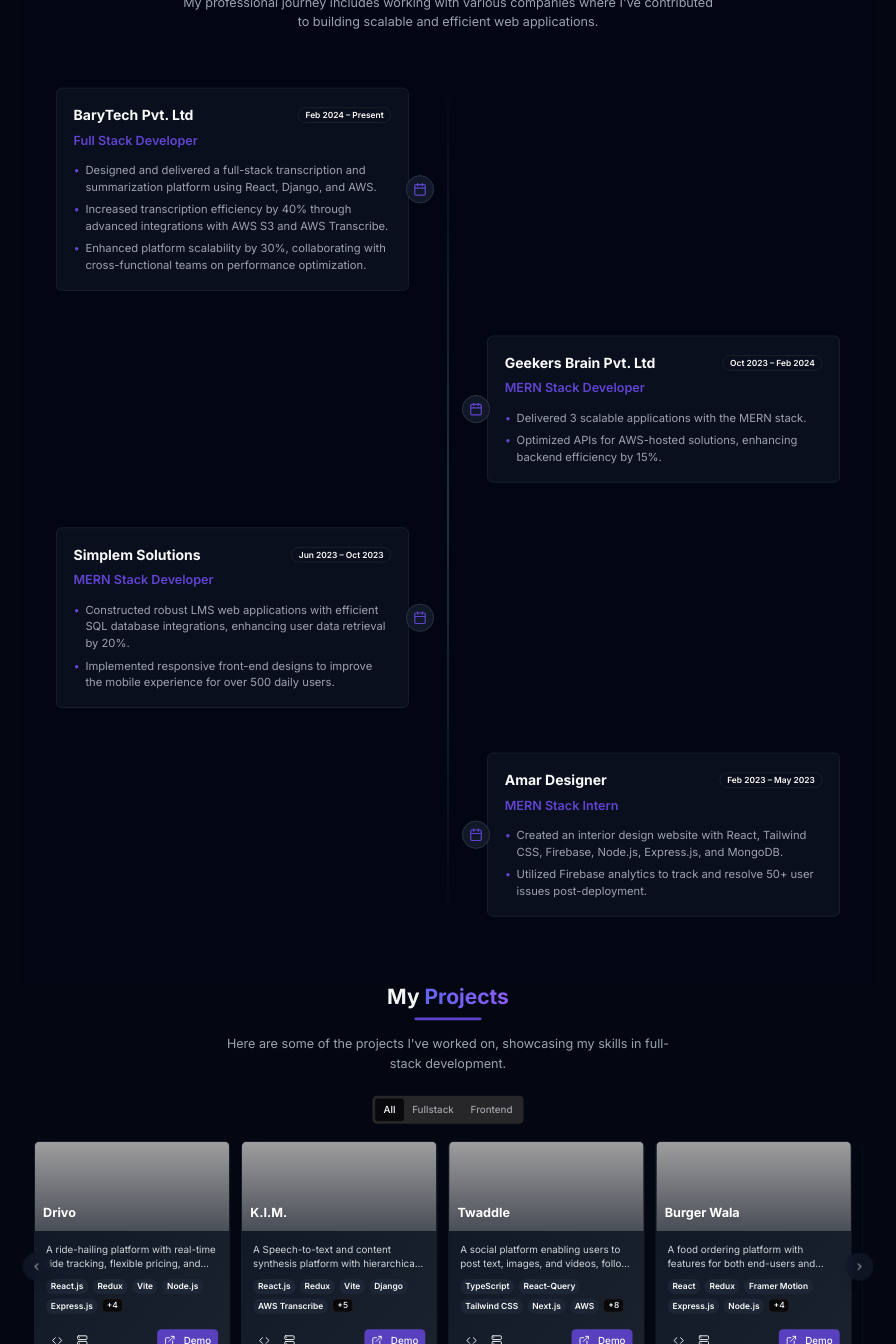
Repository: NoobCoderY/Yash
Page: /
An editor plug-in stored every save of this project. The page is shown before and after the next save, followed by the edit.
The browser window is 1280 px wide. The pictures show the part of the page from y = 1529 to 3449 px (the page is 5364 px tall before and 5444 px after), at 70% of full size.
Pictures or frames that could not be fetched are drawn as grey boxes. The project was rebuilt for these pictures with package versions that can differ from the ones it lists, and the page was loaded fresh each time. The framework's server and built-in components were replaced by stand-ins that run in the browser. Also part of the build but not shown: next.config.mjs, app/actions/send-email.ts.

Above is the page before, as saved 2025-04-13 11:50:30.

### app/layout.tsx
import type React from "react"
import "./globals.css"
import type { Metadata } from "next"
import { Inter } from "next/font/google"
import { ThemeProvider } from "@/components/theme-provider"

const inter = Inter({ subsets: ["latin"] })

export const metadata: Metadata = {
  title: "Yash Diwaker | Full Stack Developer",
  description: "Portfolio of Yash Diwaker, Full Stack Developer specializing in MERN stack and AWS",
    generator: 'v0.dev'
}

export default function RootLayout({
  children,
}: Readonly<{
  children: React.ReactNode
}>) {
  return (
    <html lang="en" suppressHydrationWarning>
      <body className={inter.className}>
        <ThemeProvider attribute="class" defaultTheme="dark" enableSystem disableTransitionOnChange>
          {children}
        </ThemeProvider>
      </body>
    </html>
  )
}


import './globals.css'

### app/page.tsx
import Hero from "@/components/hero"
import Navbar from "@/components/navbar"
import About from "@/components/about"
import Experience from "@/components/experience"
import Projects from "@/components/projects"
import Skills from "@/components/skills"
import Contact from "@/components/contact"
import Footer from "@/components/footer"

export default function Home() {
  return (
    <div className="min-h-screen bg-gray-950 text-gray-100">
      <Navbar />
      <main className="container mx-auto px-4 sm:px-6 lg:px-8">
        <Hero />
        <About />
        <Experience />
        <Projects />
        <Skills />
        <Contact />
      </main>
      <Footer />
    </div>
  )
}

### app/globals.css
@tailwind base;
@tailwind components;
@tailwind utilities;

@layer base {
  :root {
    --background: 0 0% 100%;
    --foreground: 240 10% 3.9%;
    --card: 0 0% 100%;
    --card-foreground: 240 10% 3.9%;
    --popover: 0 0% 100%;
    --popover-foreground: 240 10% 3.9%;
    --primary: 252 59% 48%;
    --primary-foreground: 0 0% 98%;
    --secondary: 240 4.8% 95.9%;
    --secondary-foreground: 240 5.9% 10%;
    --muted: 240 4.8% 95.9%;
    --muted-foreground: 240 3.8% 46.1%;
    --accent: 240 4.8% 95.9%;
    --accent-foreground: 240 5.9% 10%;
    --destructive: 0 84.2% 60.2%;
    --destructive-foreground: 0 0% 98%;
    --border: 240 5.9% 90%;
    --input: 240 5.9% 90%;
    --ring: 252 59% 48%;
    --radius: 0.5rem;
  }

  .dark {
    --background: 240 10% 3.9%;
    --foreground: 0 0% 98%;
    --card: 240 10% 3.9%;
    --card-foreground: 0 0% 98%;
    --popover: 240 10% 3.9%;
    --popover-foreground: 0 0% 98%;
    --primary: 252 59% 54%;
    --primary-foreground: 0 0% 98%;
    --secondary: 240 3.7% 15.9%;
    --secondary-foreground: 0 0% 98%;
    --muted: 240 3.7% 15.9%;
    --muted-foreground: 240 5% 64.9%;
    --accent: 240 3.7% 15.9%;
    --accent-foreground: 0 0% 98%;
    --destructive: 0 62.8% 30.6%;
    --destructive-foreground: 0 0% 98%;
    --border: 240 3.7% 15.9%;
    --input: 240 3.7% 15.9%;
    --ring: 252 59% 54%;
  }
}

@layer base {
  * {
    @apply border-border;
  }
  body {
    @apply bg-background text-foreground;
    font-feature-settings: "rlig" 1, "calt" 1;
  }
}

.animate-slide-up {
  animation: slideUp 0.6s ease-out forwards;
  opacity: 0;
}

@keyframes slideUp {
  from {
    transform: translateY(30px);
    opacity: 0;
  }
  to {
    transform: translateY(0);
    opacity: 1;
  }
}

.animate-fade-in {
  animation: fadeIn 0.8s ease-out forwards;
  opacity: 0;
}

@keyframes fadeIn {
  from {
    opacity: 0;
  }
  to {
    opacity: 1;
  }
}

.animate-slide-in-right {
  animation: slideInRight 0.6s ease-out forwards;
  opacity: 0;
}

@keyframes slideInRight {
  from {
    transform: translateX(30px);
    opacity: 0;
  }
  to {
    transform: translateX(0);
    opacity: 1;
  }
}

.animate-pulse-slow {
  animation: pulseSlow 3s infinite;
}

@keyframes pulseSlow {
  0%,
  100% {
    opacity: 1;
  }
  50% {
    opacity: 0.7;
  }
}

.animate-float {
  animation: float 3s ease-in-out infinite;
}

@keyframes float {
  0%,
  100% {
    transform: translateY(0);
  }
  50% {
    transform: translateY(-10px);
  }
}

.gradient-text {
  background: linear-gradient(90deg, #6366f1, #8b5cf6);
  -webkit-background-clip: text;
  -webkit-text-fill-color: transparent;
  background-clip: text;
}

### components/experience.tsx
"use client"

import { motion } from "framer-motion"
import { useInView } from "framer-motion"
import { useRef } from "react"
import { Card, CardContent } from "@/components/ui/card"
import { Badge } from "@/components/ui/badge"
import { Calendar } from "lucide-react"

export default function Experience() {
  const ref = useRef(null)
  const isInView = useInView(ref, { once: true, margin: "-100px" })

  const experiences = [
    {
      company: "BaryTech Pvt. Ltd",
      position: "Full Stack Developer",
      period: "Feb 2024 – Present",
      description: [
        "Designed and delivered a full-stack transcription and summarization platform using React, Django, and AWS.",
        "Increased transcription efficiency by 40% through advanced integrations with AWS S3 and AWS Transcribe.",
        "Enhanced platform scalability by 30%, collaborating with cross-functional teams on performance optimization.",
      ],
    },
    {
      company: "Geekers Brain Pvt. Ltd",
      position: "MERN Stack Developer",
      period: "Oct 2023 – Feb 2024",
      description: [
        "Delivered 3 scalable applications with the MERN stack.",
        "Optimized APIs for AWS-hosted solutions, enhancing backend efficiency by 15%.",
      ],
    },
    {
      company: "Simplem Solutions",
      position: "MERN Stack Developer",
      period: "Jun 2023 – Oct 2023",
      description: [
        "Constructed robust LMS web applications with efficient SQL database integrations, enhancing user data retrieval by 20%.",
        "Implemented responsive front-end designs to improve the mobile experience for over 500 daily users.",
      ],
    },
    {
      company: "Amar Designer",
      position: "MERN Stack Intern",
      period: "Feb 2023 – May 2023",
      description: [
        "Created an interior design website with React, Tailwind CSS, Firebase, Node.js, Express.js, and MongoDB.",
        "Utilized Firebase analytics to track and resolve 50+ user issues post-deployment.",
      ],
    },
  ]

  return (
    <section id="experience" className="py-20 bg-gray-950/50">
      <div className="container mx-auto">
        <motion.div
          initial={{ opacity: 0, y: 20 }}
          animate={isInView ? { opacity: 1, y: 0 } : { opacity: 0, y: 20 }}
          transition={{ duration: 0.5 }}
          ref={ref}
          className="text-center mb-16"
        >
          <h2 className="text-3xl font-bold mb-4">
            Work <span className="gradient-text">Experience</span>
          </h2>
          <div className="w-24 h-1 bg-primary mx-auto mb-8 rounded-full"></div>
          <p className="text-lg text-gray-400 max-w-3xl mx-auto">
            My professional journey includes working with various companies where I've contributed to building scalable
            and efficient web applications.
          </p>
        </motion.div>

        <div className="space-y-8 relative before:absolute before:inset-0 before:ml-5 before:-translate-x-px md:before:mx-auto md:before:translate-x-0 before:h-full before:w-0.5 before:bg-gradient-to-b before:from-transparent before:via-gray-700 before:to-transparent">
          {experiences.map((exp, index) => (
            <motion.div
              key={index}
              initial={{ opacity: 0, y: 20 }}
              animate={isInView ? { opacity: 1, y: 0 } : { opacity: 0, y: 20 }}
              transition={{ duration: 0.5, delay: index * 0.1 }}
              className="relative flex items-center justify-between md:justify-normal md:even:flex-row-reverse group"
            >
              <div className="flex items-center justify-center w-10 h-10 rounded-full border border-gray-700 bg-gray-900 text-primary shrink-0 md:order-1 md:group-odd:-translate-x-1/2 md:group-even:translate-x-1/2 z-10">
                <Calendar size={20} />
              </div>

              <div className="w-full md:w-[calc(50%-2.5rem)] p-4 rounded-lg">
                <Card className="bg-gray-900/50 border-gray-800 hover:border-primary/50 transition-all duration-300">
                  <CardContent className="p-6">
                    <div className="flex flex-wrap justify-between items-center mb-2">
                      <h3 className="text-xl font-bold">{exp.company}</h3>
                      <Badge variant="outline" className="ml-2">
                        {exp.period}
                      </Badge>
                    </div>
                    <h4 className="text-lg font-semibold text-primary mb-4">{exp.position}</h4>
                    <ul className="space-y-2">
                      {exp.description.map((item, i) => (
                        <li key={i} className="text-gray-400 flex items-start">
                          <span className="mr-2 text-primary">•</span>
                          {item}
                        </li>
                      ))}
                    </ul>
                  </CardContent>
                </Card>
              </div>
            </motion.div>
          ))}
        </div>
      </div>
    </section>
  )
}

### components/footer.tsx
import Link from "next/link"
import { Github, Linkedin, Mail } from "lucide-react"

export default function Footer() {
  const currentYear = new Date().getFullYear()

  return (
    <footer className="bg-gray-900 py-12 border-t border-gray-800">
      <div className="container mx-auto px-4">
        <div className="flex flex-col md:flex-row justify-between items-center">
          <div className="mb-6 md:mb-0">
            <Link href="#home" className="text-2xl font-bold gradient-text">
              Yash Diwaker
            </Link>
            <p className="text-gray-400 mt-2 max-w-md">
              Full Stack Developer specializing in building exceptional digital experiences.
            </p>
          </div>

          <div className="flex space-x-6">
            <Link
              href="https://linkedin.com/in/yashdiwaker"
              target="_blank"
              rel="noopener noreferrer"
              className="text-gray-400 hover:text-primary transition-colors"
              aria-label="LinkedIn"
            >
              <Linkedin size={24} />
            </Link>
            <Link
              href="https://github.com/NoobCoderY"
              target="_blank"
              rel="noopener noreferrer"
              className="text-gray-400 hover:text-primary transition-colors"
              aria-label="GitHub"
            >
              <Github size={24} />
            </Link>
            <Link
              href="mailto:yashdiwaker74@gmail.com"
              className="text-gray-400 hover:text-primary transition-colors"
              aria-label="Email"
            >
              <Mail size={24} />
            </Link>
          </div>
        </div>

        <div className="border-t border-gray-800 mt-8 pt-8 flex flex-col md:flex-row justify-between items-center">
          <p className="text-gray-500 text-sm">© {currentYear} Yash Diwaker. All rights reserved.</p>
          <div className="mt-4 md:mt-0">
            <ul className="flex space-x-6 text-sm text-gray-500">
              <li>
                <Link href="#home" className="hover:text-primary transition-colors">
                  Home
                </Link>
              </li>
              <li>
                <Link href="#about" className="hover:text-primary transition-colors">
                  About
                </Link>
              </li>
              <li>
                <Link href="#projects" className="hover:text-primary transition-colors">
                  Projects
                </Link>
              </li>
              <li>
                <Link href="#contact" className="hover:text-primary transition-colors">
                  Contact
                </Link>
              </li>
            </ul>
          </div>
        </div>
      </div>
    </footer>
  )
}

### components/ui/button.tsx
import * as React from "react"
import { Slot } from "@radix-ui/react-slot"
import { cva, type VariantProps } from "class-variance-authority"

import { cn } from "@/lib/utils"

const buttonVariants = cva(
  "inline-flex items-center justify-center gap-2 whitespace-nowrap rounded-md text-sm font-medium ring-offset-background transition-colors focus-visible:outline-none focus-visible:ring-2 focus-visible:ring-ring focus-visible:ring-offset-2 disabled:pointer-events-none disabled:opacity-50 [&_svg]:pointer-events-none [&_svg]:size-4 [&_svg]:shrink-0",
  {
    variants: {
      variant: {
        default: "bg-primary text-primary-foreground hover:bg-primary/90",
        destructive:
          "bg-destructive text-destructive-foreground hover:bg-destructive/90",
        outline:
          "border border-input bg-background hover:bg-accent hover:text-accent-foreground",
        secondary:
          "bg-secondary text-secondary-foreground hover:bg-secondary/80",
        ghost: "hover:bg-accent hover:text-accent-foreground",
        link: "text-primary underline-offset-4 hover:underline",
      },
      size: {
        default: "h-10 px-4 py-2",
        sm: "h-9 rounded-md px-3",
        lg: "h-11 rounded-md px-8",
        icon: "h-10 w-10",
      },
    },
    defaultVariants: {
      variant: "default",
      size: "default",
    },
  }
)

export interface ButtonProps
  extends React.ButtonHTMLAttributes<HTMLButtonElement>,
    VariantProps<typeof buttonVariants> {
  asChild?: boolean
}

const Button = React.forwardRef<HTMLButtonElement, ButtonProps>(
  ({ className, variant, size, asChild = false, ...props }, ref) => {
    const Comp = asChild ? Slot : "button"
    return (
      <Comp
        className={cn(buttonVariants({ variant, size, className }))}
        ref={ref}
        {...props}
      />
    )
  }
)
Button.displayName = "Button"

export { Button, buttonVariants }

### components/ui/card.tsx
import * as React from "react"

import { cn } from "@/lib/utils"

const Card = React.forwardRef<
  HTMLDivElement,
  React.HTMLAttributes<HTMLDivElement>
>(({ className, ...props }, ref) => (
  <div
    ref={ref}
    className={cn(
      "rounded-lg border bg-card text-card-foreground shadow-sm",
      className
    )}
    {...props}
  />
))
Card.displayName = "Card"

const CardHeader = React.forwardRef<
  HTMLDivElement,
  React.HTMLAttributes<HTMLDivElement>
>(({ className, ...props }, ref) => (
  <div
    ref={ref}
    className={cn("flex flex-col space-y-1.5 p-6", className)}
    {...props}
  />
))
CardHeader.displayName = "CardHeader"

const CardTitle = React.forwardRef<
  HTMLDivElement,
  React.HTMLAttributes<HTMLDivElement>
>(({ className, ...props }, ref) => (
  <div
    ref={ref}
    className={cn(
      "text-2xl font-semibold leading-none tracking-tight",
      className
    )}
    {...props}
  />
))
CardTitle.displayName = "CardTitle"

const CardDescription = React.forwardRef<
  HTMLDivElement,
  React.HTMLAttributes<HTMLDivElement>
>(({ className, ...props }, ref) => (
  <div
    ref={ref}
    className={cn("text-sm text-muted-foreground", className)}
    {...props}
  />
))
CardDescription.displayName = "CardDescription"

const CardContent = React.forwardRef<
  HTMLDivElement,
  React.HTMLAttributes<HTMLDivElement>
>(({ className, ...props }, ref) => (
  <div ref={ref} className={cn("p-6 pt-0", className)} {...props} />
))
CardContent.displayName = "CardContent"

const CardFooter = React.forwardRef<
  HTMLDivElement,
  React.HTMLAttributes<HTMLDivElement>
>(({ className, ...props }, ref) => (
  <div
    ref={ref}
    className={cn("flex items-center p-6 pt-0", className)}
    {...props}
  />
))
CardFooter.displayName = "CardFooter"

export { Card, CardHeader, CardFooter, CardTitle, CardDescription, CardContent }

### components/ui/badge.tsx
import * as React from "react"
import { cva, type VariantProps } from "class-variance-authority"

import { cn } from "@/lib/utils"

const badgeVariants = cva(
  "inline-flex items-center rounded-full border px-2.5 py-0.5 text-xs font-semibold transition-colors focus:outline-none focus:ring-2 focus:ring-ring focus:ring-offset-2",
  {
    variants: {
      variant: {
        default:
          "border-transparent bg-primary text-primary-foreground hover:bg-primary/80",
        secondary:
          "border-transparent bg-secondary text-secondary-foreground hover:bg-secondary/80",
        destructive:
          "border-transparent bg-destructive text-destructive-foreground hover:bg-destructive/80",
        outline: "text-foreground",
      },
    },
    defaultVariants: {
      variant: "default",
    },
  }
)

export interface BadgeProps
  extends React.HTMLAttributes<HTMLDivElement>,
    VariantProps<typeof badgeVariants> {}

function Badge({ className, variant, ...props }: BadgeProps) {
  return (
    <div className={cn(badgeVariants({ variant }), className)} {...props} />
  )
}

export { Badge, badgeVariants }

### components/ui/tabs.tsx
"use client"

import * as React from "react"
import * as TabsPrimitive from "@radix-ui/react-tabs"

import { cn } from "@/lib/utils"

const Tabs = TabsPrimitive.Root

const TabsList = React.forwardRef<
  React.ElementRef<typeof TabsPrimitive.List>,
  React.ComponentPropsWithoutRef<typeof TabsPrimitive.List>
>(({ className, ...props }, ref) => (
  <TabsPrimitive.List
    ref={ref}
    className={cn(
      "inline-flex h-10 items-center justify-center rounded-md bg-muted p-1 text-muted-foreground",
      className
    )}
    {...props}
  />
))
TabsList.displayName = TabsPrimitive.List.displayName

const TabsTrigger = React.forwardRef<
  React.ElementRef<typeof TabsPrimitive.Trigger>,
  React.ComponentPropsWithoutRef<typeof TabsPrimitive.Trigger>
>(({ className, ...props }, ref) => (
  <TabsPrimitive.Trigger
    ref={ref}
    className={cn(
      "inline-flex items-center justify-center whitespace-nowrap rounded-sm px-3 py-1.5 text-sm font-medium ring-offset-background transition-all focus-visible:outline-none focus-visible:ring-2 focus-visible:ring-ring focus-visible:ring-offset-2 disabled:pointer-events-none disabled:opacity-50 data-[state=active]:bg-background data-[state=active]:text-foreground data-[state=active]:shadow-sm",
      className
    )}
    {...props}
  />
))
TabsTrigger.displayName = TabsPrimitive.Trigger.displayName

const TabsContent = React.forwardRef<
  React.ElementRef<typeof TabsPrimitive.Content>,
  React.ComponentPropsWithoutRef<typeof TabsPrimitive.Content>
>(({ className, ...props }, ref) => (
  <TabsPrimitive.Content
    ref={ref}
    className={cn(
      "mt-2 ring-offset-background focus-visible:outline-none focus-visible:ring-2 focus-visible:ring-ring focus-visible:ring-offset-2",
      className
    )}
    {...props}
  />
))
TabsContent.displayName = TabsPrimitive.Content.displayName

export { Tabs, TabsList, TabsTrigger, TabsContent }

### components/ui/popover.tsx
"use client"

import * as React from "react"
import * as PopoverPrimitive from "@radix-ui/react-popover"

import { cn } from "@/lib/utils"

const Popover = PopoverPrimitive.Root

const PopoverTrigger = PopoverPrimitive.Trigger

const PopoverContent = React.forwardRef<
  React.ElementRef<typeof PopoverPrimitive.Content>,
  React.ComponentPropsWithoutRef<typeof PopoverPrimitive.Content>
>(({ className, align = "center", sideOffset = 4, ...props }, ref) => (
  <PopoverPrimitive.Portal>
    <PopoverPrimitive.Content
      ref={ref}
      align={align}
      sideOffset={sideOffset}
      className={cn(
        "z-50 w-72 rounded-md border bg-popover p-4 text-popover-foreground shadow-md outline-none data-[state=open]:animate-in data-[state=closed]:animate-out data-[state=closed]:fade-out-0 data-[state=open]:fade-in-0 data-[state=closed]:zoom-out-95 data-[state=open]:zoom-in-95 data-[side=bottom]:slide-in-from-top-2 data-[side=left]:slide-in-from-right-2 data-[side=right]:slide-in-from-left-2 data-[side=top]:slide-in-from-bottom-2",
        className
      )}
      {...props}
    />
  </PopoverPrimitive.Portal>
))
PopoverContent.displayName = PopoverPrimitive.Content.displayName

export { Popover, PopoverTrigger, PopoverContent }

### components/ui/input.tsx
import * as React from "react"

import { cn } from "@/lib/utils"

const Input = React.forwardRef<HTMLInputElement, React.ComponentProps<"input">>(
  ({ className, type, ...props }, ref) => {
    return (
      <input
        type={type}
        className={cn(
          "flex h-10 w-full rounded-md border border-input bg-background px-3 py-2 text-base ring-offset-background file:border-0 file:bg-transparent file:text-sm file:font-medium file:text-foreground placeholder:text-muted-foreground focus-visible:outline-none focus-visible:ring-2 focus-visible:ring-ring focus-visible:ring-offset-2 disabled:cursor-not-allowed disabled:opacity-50 md:text-sm",
          className
        )}
        ref={ref}
        {...props}
      />
    )
  }
)
Input.displayName = "Input"

export { Input }

Loaded but not shown: components/theme-provider.tsx (common file); components/ui/textarea.tsx (common file); hooks/use-toast.ts (common file); lib/utils.ts (common file); tailwind.config.ts (common file); components/projects.tsx (435 lines, source omitted); components/contact.tsx (244 lines, source omitted); components/hero.tsx (166 lines, source omitted); components/skills.tsx (126 lines, source omitted); components/navbar.tsx (107 lines, source omitted); components/about.tsx (86 lines, source omitted)

After the next save:
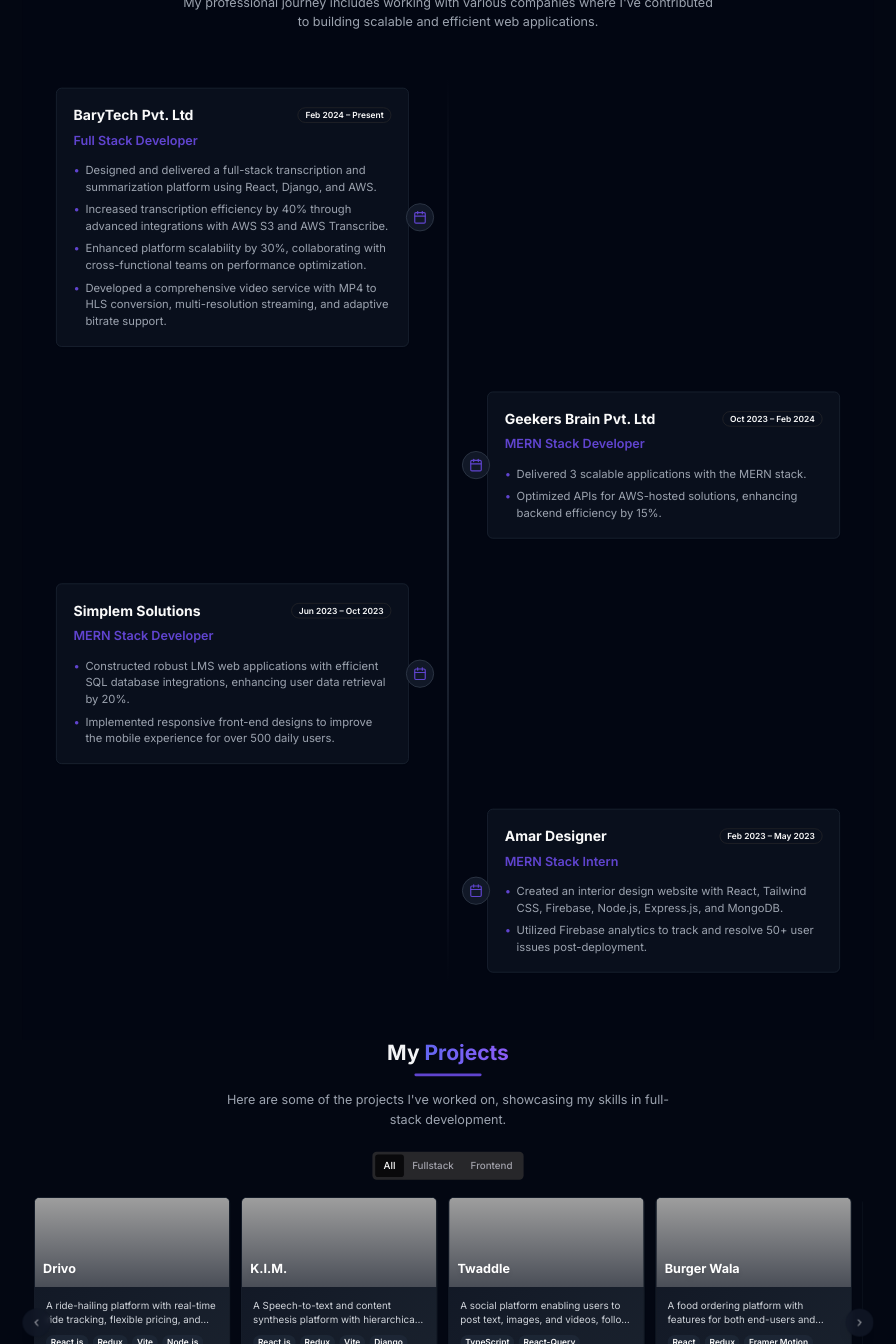
Saved 116 days later.
--- a/components/experience.tsx
+++ b/components/experience.tsx
@@ -20,6 +20,7 @@ export default function Experience() {
         "Designed and delivered a full-stack transcription and summarization platform using React, Django, and AWS.",
         "Increased transcription efficiency by 40% through advanced integrations with AWS S3 and AWS Transcribe.",
         "Enhanced platform scalability by 30%, collaborating with cross-functional teams on performance optimization.",
+        "Developed a comprehensive video service with MP4 to HLS conversion, multi-resolution streaming, and adaptive bitrate support.",
       ],
     },
     {
